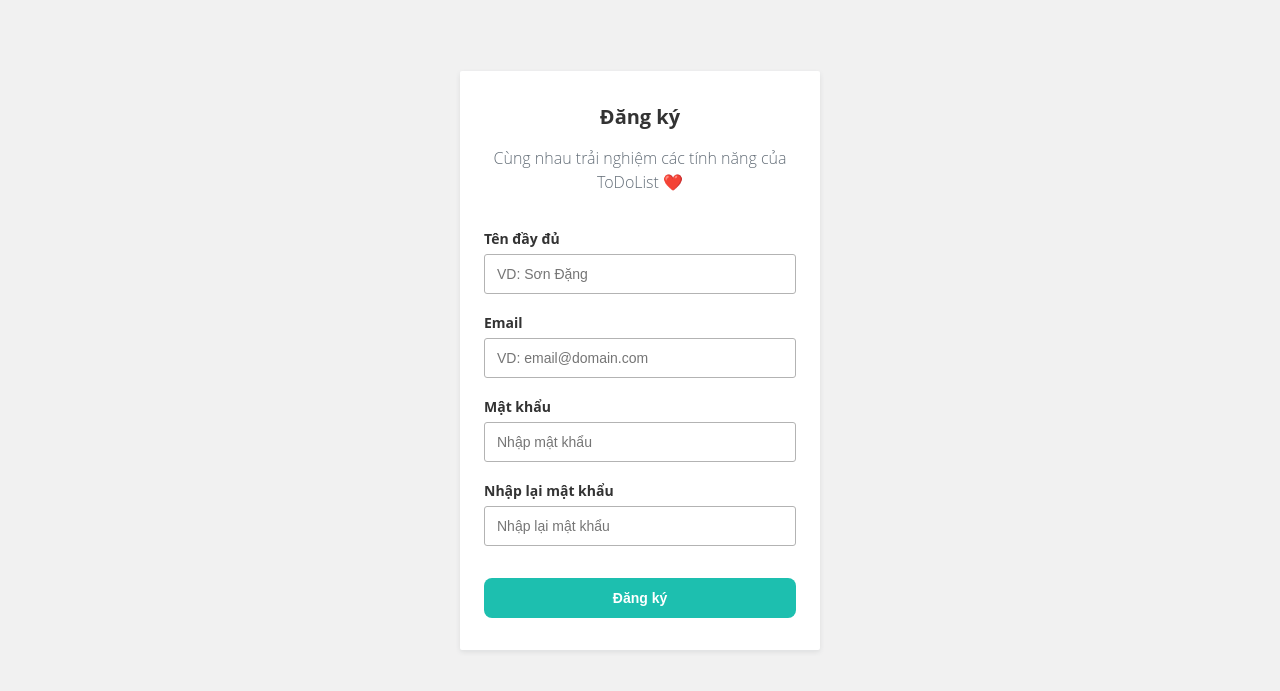
Repository: ndxbinh1922001/signup
Page: index.html
An editor plug-in stored every save of this project. The page is shown before and after the next save, followed by the edit.
The browser window is 1280 px wide. The pictures show the whole page.

Above is the page before, as saved 2021-10-16 16:28:50.

### index.html
<!DOCTYPE html>
<html lang="en">
<head>
    <meta charset="UTF-8">
    <meta http-equiv="X-UA-Compatible" content="IE=edge">
    <meta name="viewport" content="width=device-width, initial-scale=1.0">
    <link rel="stylesheet" href="/css/style.css">
    <title>Document</title>
</head>
<body>
    <div class="main">

  <form action="" method="POST" class="form" id="form-1">
    <h3 class="heading">Đăng ký</h3>
    <p class="desc">Cùng nhau trải nghiệm các tính năng của ToDoList ❤️</p>

    <div class="spacer"></div>

    <div class="form-group">
      <label for="fullname" class="form-label">Tên đầy đủ</label>
      <input id="fullname" name="fullname" type="text" placeholder="VD: Sơn Đặng" class="form-control">
      <span class="form-message"></span>
    </div>

    <div class="form-group">
      <label for="email" class="form-label">Email</label>
      <input id="email" name="email" type="text" placeholder="VD: email@domain.com" class="form-control">
      <span class="form-message"></span>
    </div>

    <div class="form-group">
      <label for="password" class="form-label">Mật khẩu</label>
      <input id="password" name="password" type="password" placeholder="Nhập mật khẩu" class="form-control">
      <span class="form-message"></span>
    </div>

    <div class="form-group">
      <label for="password_confirmation" class="form-label">Nhập lại mật khẩu</label>
      <input id="password_confirmation" name="password_confirmation" placeholder="Nhập lại mật khẩu" type="password" class="form-control">
      <span class="form-message"></span>
    </div>

    <button class="form-submit">Đăng ký</button>
  </form>
</div>
<script src="validator.js"></script>
<script>

  	Validator({
        form: "#form-1",
        rules: [
            Validator.isRequired('#fullname'),
			Validator.isRequired('#email'),
            Validator.isSmall('#email'),
            Validator.isRequired('#password'),
			Validator.isPassword('#password', 8),
			Validator.isRequired('#password_confirmation'),
			Validator.isConfirm('#password_confirmation',function(){
				return document.querySelector('#form-1 #password').value;
			})
        ],
		onsubmit: function(data){
			console.log(data)
		}
    })
</script>
</body>
</html>

### css/style.css
* {
    padding: 0;
    margin: 0;
    box-sizing: border-box;
}

html {
    color: #333;
    font-size: 62.5%;
    font-family: "Open Sans", sans-serif;
}

.main {
    background: #f1f1f1;
    min-height: 100vh;
    display: flex;
    justify-content: center;
}

.form {
    width: 360px;
    min-height: 100px;
    padding: 32px 24px;
    text-align: center;
    background: #fff;
    border-radius: 2px;
    margin: 24px;
    align-self: center;
    box-shadow: 0 2px 5px 0 rgba(51, 62, 73, 0.1);
}

.form .heading {
    font-size: 2rem;
}

.form .desc {
    text-align: center;
    color: #636d77;
    font-size: 1.6rem;
    font-weight: lighter;
    line-height: 2.4rem;
    margin-top: 16px;
    font-weight: 300;
}

.form-group {
    display: flex;
    margin-bottom: 16px;
    flex-direction: column;
}

.form-label,
.form-message {
    text-align: left;
}

.form-label {
    font-weight: 700;
    padding-bottom: 6px;
    line-height: 1.8rem;
    font-size: 1.4rem;
}

.form-control {
    height: 40px;
    padding: 8px 12px;
    border: 1px solid #b3b3b3;
    border-radius: 3px;
    outline: none;
    font-size: 1.4rem;
}

.form-control:hover {
    border-color: #1dbfaf;
}

.form-group.invalid .form-control {
    border-color: #f33a58;
}

.form-group.invalid .form-message {
    color: #f33a58;
}

.form-message {
    font-size: 1.2rem;
    line-height: 1.6rem;
    padding: 4px 0 0;
}

.form-submit {
    outline: none;
    background-color: #1dbfaf;
    margin-top: 12px;
    padding: 12px 16px;
    font-weight: 600;
    color: #fff;
    border: none;
    width: 100%;
    font-size: 14px;
    border-radius: 8px;
    cursor: pointer;
}

.form-submit:hover {
    background-color: #1ac7b6;
}

.spacer {
    margin-top: 36px;
}

### validator.js
function Validator(option) {
    var selectorRule = {}

    function validate(inputElement, rule) {
        var errorElement = inputElement.parentElement.querySelector(".form-message")
        var errorMessage
        var rules = selectorRule[rule.selector]
        for (var i = 0; i < rules.length; i++) {
            errorMessage = rules[i](inputElement.value)
            if (errorMessage) break;
        }
        if (errorMessage) {
            errorElement.innerText = errorMessage
            inputElement.parentElement.classList.add("invalid")
        } else {
            errorElement.innerText = ""
            inputElement.parentElement.classList.remove("invalid")
        }
        return !errorMessage
    }
    var formElement = document.querySelector(option.form)

    if (formElement) {
        formElement.onsubmit = function(e) {
            e.preventDefault();
            var isFormValid = true;
            option.rules.forEach(function(rule) {
                var inputElement = formElement.querySelector(rule.selector)
                var isValid = validate(inputElement, rule)
                if (!isValid) {
                    isFormValid = false
                }
            });

            if (isFormValid) {
                if (typeof option.onsubmit === 'function') {
                    var enableInput = formElement.querySelectorAll('[name]')
                    var formValues = Array.from(enableInput).reduce(function(values, input) {
                        return (values[input.name] = input.value) && values;
                    }, {})
                    option.onsubmit(formValues)
                }
            }
        }
        option.rules.forEach(function(rule) {
            if (Array.isArray(selectorRule[rule.selector])) {
                selectorRule[rule.selector].push(rule.test);
            } else {
                selectorRule[rule.selector] = [rule.test];
            }
            var inputElement = formElement.querySelector(rule.selector)

            if (inputElement) {
                inputElement.onblur = function() {
                    validate(inputElement, rule)
                }
                inputElement.oninput = function() {
                    var errorElement = inputElement.parentElement.querySelector(".form-message")
                    errorElement.innerText = ""
                    inputElement.parentElement.classList.remove("invalid")
                }
            }
        })
        console.log(selectorRule)
    }
}
Validator.isRequired = function(selector) {
    return {
        selector: selector,
        test: function(value) {
            return value.trim() ? undefined : "Vui lòng nhập trường này"
        }
    }
}
Validator.isSmall = function(selector) {
    return {
        selector: selector,
        test: function(value) {
            var regex = /^\w+([\.-]?\w+)*@\w+([\.-]?\w+)*(\.\w{2,3})+$/;
            return regex.test(value) ? undefined : 'Trường này phải là email';
        }
    }
}
Validator.isPassword = function(selector, min) {
    return {
        selector: selector,
        test: function(value) {
            return value.length >= min ? undefined : `Mật khẩu tối thiểu ${min} kí tự`;
        }
    }
}
Validator.isConfirm = function(selector, getconfirmvalue) {
    return {
        selector: selector,
        test: function(value) {
            return value === getconfirmvalue() ? undefined : "Giá trị nhập vào không chính xác"
        }
    }
}

After the next save:
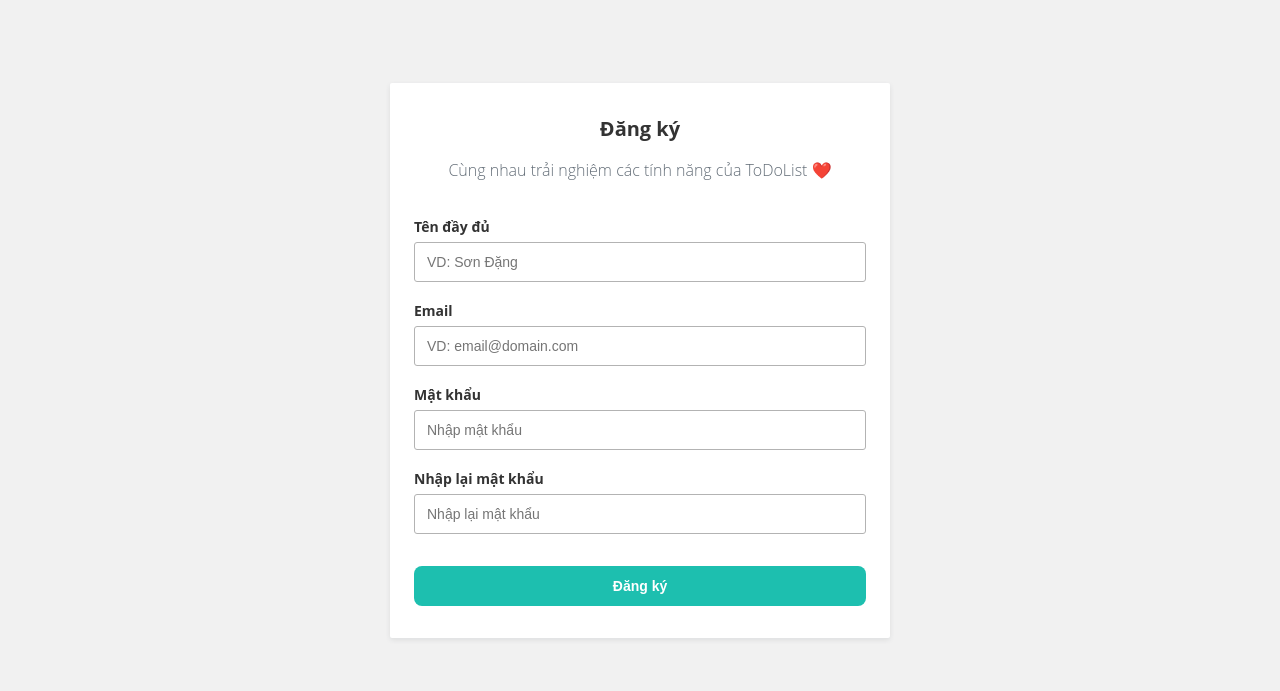
Saved 5 min 44 s later.
--- a/css/style.css
+++ b/css/style.css
@@ -18,7 +18,7 @@ html {
 }
 
 .form {
-    width: 360px;
+    width: 500px;
     min-height: 100px;
     padding: 32px 24px;
     text-align: center;
